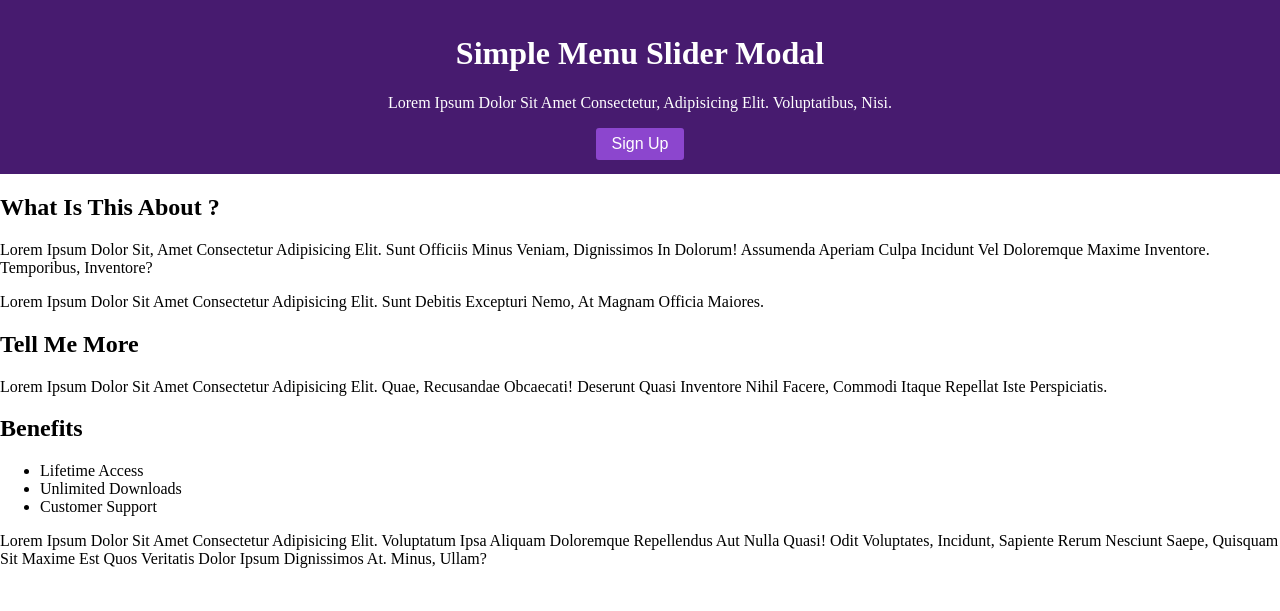
Repository: lilo750/Menu-Slider-modal
Page: index.html
These files come from the project's save history. The page is drawn as it stood at one moment and after the next save; the edit follows.
The browser window is 1280 px wide. The pictures show the whole page.

Above is the page before, as saved 2024-01-14 14:11:01.

After the next save:
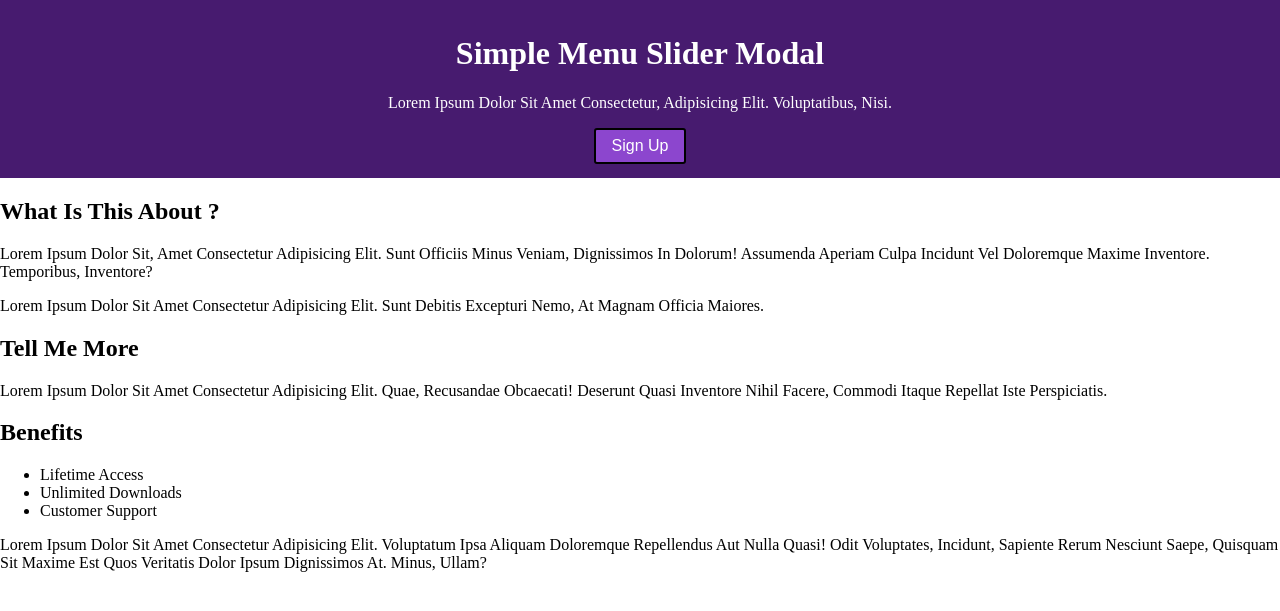
Saved 8 s later.
--- a/assets/style.css
+++ b/assets/style.css
@@ -14,7 +14,7 @@ header {
     #signUp-btn {
         background-color: rgb(140, 70, 206);
         color: inherit;
-        border: 0;
+        border: 2px solid black;
         outline: 2px;
         padding: 7px 16px;
         border-radius: 3px;
